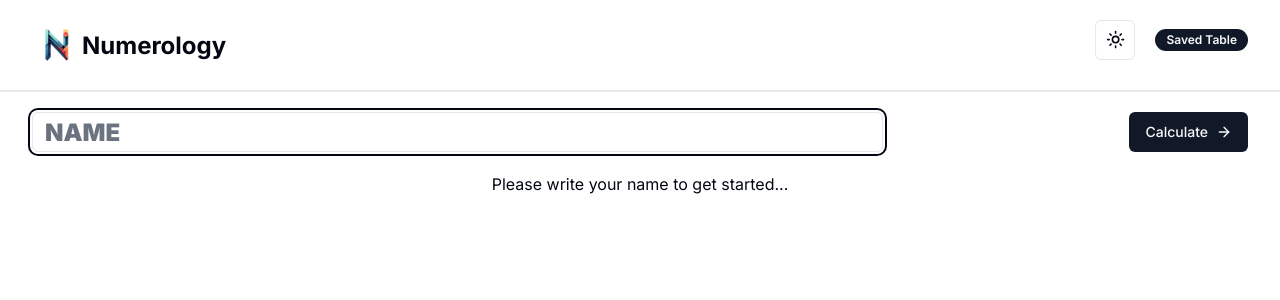
Repository: RaghunadhSahitDruvam/mynumerology
Page: /
The author's editor kept a copy of each file at every save. The page is drawn from the files as they stood at one save, then again after the next save.
The browser window is 1280 px wide. The pictures show the whole page.
The project was rebuilt for these pictures with package versions that can differ from the ones it lists, and the page was loaded fresh each time. The framework's server and built-in components were replaced by stand-ins that run in the browser. Also part of the build but not shown: next.config.js, components/ui/alert-dialog.tsx.

Above is the page before, as saved 2023-12-21 08:07:54.

### app/layout.tsx
import type { Metadata } from "next";
import { Inter } from "next/font/google";
import "./globals.css";
import { ThemeProvider } from "@/components/theme-provider";

const inter = Inter({ subsets: ["latin"] });

export const metadata: Metadata = {
  title: "Numerology",
  description: "Officially designed by ⭐ Raghunadh ⭐",
};

export default function RootLayout({
  children,
}: {
  children: React.ReactNode;
}) {
  return (
    <html lang="en">
      <body className={inter.className}>
        {" "}
        <ThemeProvider
          attribute="class"
          defaultTheme="system"
          enableSystem
          disableTransitionOnChange
        >
          {children}
          {/* <Toaster /> */}
        </ThemeProvider>
      </body>
    </html>
  );
}

### app/page.tsx
// @ts-nocheck
"use client";
import React, { useEffect, useRef, useState } from "react";
import { Input } from "@/components/ui/input";
import { ToastContainer, toast } from "react-toastify";
import "react-toastify/dist/ReactToastify.css";

import { Button } from "@/components/ui/button";
import { ArrowRight } from "lucide-react";
import axios from "axios";
import Header from "@/components/header";
import { useRouter, useSearchParams } from "next/navigation";
import Link from "next/link";
import {
  AlertDialog,
  AlertDialogAction,
  AlertDialogCancel,
  AlertDialogContent,
  AlertDialogDescription,
  AlertDialogFooter,
  AlertDialogHeader,
  AlertDialogTitle,
  AlertDialogTrigger,
} from "@/components/ui/alert-dialog";

interface DataSource {
  name_g2_block?: string;
  name_g3_block?: string;
  g2tot?: number;
  g2vtot?: number;
  g2nettot?: number;
  g3tot?: number;
  g3vtot?: number;
  g3nettot?: number;
  tot_letters?: number;
}

const Page: React.FC = () => {
  let [textName, setTextName] = useState<string>("");
  const [dataSource, setDataSource] = useState<DataSource | null>(null);
  const [loading, setLoading] = useState<boolean>(false);
  const searchParams = useSearchParams();
  let search = searchParams.get("name");
  const router = useRouter();
  const saveHandler = async (dataSource: DataSource) => {
    setLoading(true);
    await axios
      .post("/api/save", {
        chaldean: dataSource.name_g2_block,
        pythogorous: dataSource.name_g3_block,
        tot_letters: dataSource.tot_letters,
        g2tot: dataSource.g2tot,
        g3tot: dataSource.g3tot,
        g2vtot: dataSource.g2vtot,
        g3vtot: dataSource.g3vtot,
        g2nettot: dataSource.g2nettot,
        g3nettot: dataSource.g3nettot,
      })
      .then((res) => {
        setLoading(false);
        toast.success("Name successfully added to Database ⭐!");
      })
      .catch((err) => toast.error(err));
  };

  useEffect(() => {
    // Set initial value only if it's different from the current state
    if (search !== null && search !== textName) {
      setTextName(search);
    }
  }, [search, textName]);

  const inputFocusRef = useRef(null);
  const buttonRef = useRef(null);
  useEffect(() => {
    inputFocusRef.current.focus();
    if (search !== null) {
      if (buttonRef.current) {
        buttonRef.current.click();
      }
    }
  }, []);
  const submitHandler = (e: React.FormEvent<HTMLFormElement>) => {
    e.preventDefault();
    axios
      .get(`https://phinzi.com/convert?name=${textName}`)
      .then((res) => setDataSource(res.data));
  };

  const updateURL = (newTextName: string) => {
    // Update the URL without a page reload
    router.push(
      `?name=${encodeURIComponent(
        newTextName
          .replaceAll(".", "")
          .replaceAll(",", "")
          .replaceAll("-", " ")
          .replaceAll(";", "")
          .replaceAll("(", "")
          .replaceAll(")", "")
          .replaceAll("  ", " ")
      )}`
    );
  };

  return loading ? (
    <div className="flex items-center justify-center h-screen bg-gray-100">
      <div className="animate-spin h-12 w-12 border-t-2 border-b-2 border-gray-900 rounded-full" />
    </div>
  ) : (
    <div className="">
      <Header />

      <div>
        <form
          className="container gap flex justify-between"
          onSubmit={(e) => submitHandler(e)}
        >
          <Input
            type="text"
            placeholder="Name"
            className="w-[70%]"
            value={textName}
            ref={inputFocusRef}
            onChange={(e) => {
              const newValue = e.target.value;
              setTextName(newValue);
              updateURL(newValue); // Update the URL when input changes
            }}
          />

          <Button type="submit" ref={buttonRef}>
            Calculate <ArrowRight className="ml-2 h-4 w-4" />
          </Button>
        </form>
      </div>
      {dataSource ? (
        <>
          <div className="container mt-[30px] flex items-start justify-start">
            <table
              border={2}
              className="border-4dark:border-white border-yellow-600"
            >
              <thead className="border-4 dark:border-white border-yellow-600 p-[20px]">
                <tr className="border-4 dark:border-white border-yellow-600">
                  <th className="border-4 dark:border-white border-yellow-600 bg-green-600 text-white  text-2xl font-[900]">
                    Grp.
                  </th>
                  <th className="border-4 dark:border-white border-yellow-600 bg-green-600 text-white  text-2xl font-[900]">
                    Name
                  </th>
                  <th className="border-4 dark:border-white border-yellow-600 bg-green-600 text-white  text-2xl font-[900]">
                    Total
                  </th>
                  <th className="border-4  dark:border-white border-yellow-600 bg-green-600 text-white  text-2xl font-[900]">
                    V
                  </th>
                  <th className="border-4px-[10px]  dark:border-white border-yellow-600 bg-green-600 text-white  text-2xl font-[900] text-2xl">
                    C
                  </th>
                </tr>
              </thead>
              <tbody className="border-4 dark:border-white border-yellow-600 text-[#960084] font-[900]">
                <tr className="border-4 dark:border-white border-yellow-600">
                  <td className="border-4 dark:border-white border-yellow-600 bg-green-600 text-white  text-2xl ">
                    C
                  </td>
                  <td className=" border-4 dark:border-white border-yellow-600 ">
                    <table
                      className=" table-padding text-2xl"
                      dangerouslySetInnerHTML={{
                        __html:
                          typeof dataSource !== "undefined" &&
                          dataSource?.name_g2_block,
                      }}
                    ></table>
                  </td>

                  <td className="border-4 dark:border-white border-yellow-600 text-2xl bg-green-600 text-white ">
                    {dataSource?.g2tot}
                  </td>
                  <td className="border-4 dark:border-white border-yellow-600 text-2xl bg-green-600 text-white ">
                    {" "}
                    {dataSource?.g2vtot}
                  </td>
                  <td className="border-4 dark:border-white border-yellow-600 text-2xl bg-green-600 text-white ">
                    {" "}
                    {dataSource?.g2nettot}
                  </td>
                </tr>
                <tr className="border-4 dark:border-white border-yellow-600">
                  <td className="border-4 dark:border-white border-yellow-600 bg-green-600 text-white  text-2xl ">
                    P
                  </td>
                  <td className=" border-4 dark:border-white border-yellow-600">
                    <table
                      className=" table-padding text-2xl"
                      dangerouslySetInnerHTML={{
                        __html:
                          typeof dataSource !== "undefined" &&
                          dataSource?.name_g3_block,
                      }}
                    ></table>
                  </td>

                  <td className="border-4 dark:border-white border-yellow-600 text-2xl bg-green-600 text-white ">
                    {dataSource?.g3tot}
                  </td>
                  <td className="border-4 dark:border-white border-yellow-600 text-2xl bg-green-600 text-white ">
                    {" "}
                    {dataSource?.g3vtot}
                  </td>
                  <td className="border-4 dark:border-white border-yellow-600 text-2xl bg-green-600 text-white ">
                    {" "}
                    {dataSource?.g3nettot}
                  </td>
                </tr>
              </tbody>
            </table>
          </div>
          <div className="container flex  items-start mt-[10px] justify-between">
            {" "}
            <span className="text-green-600  text-2xl font-[900]">
              Total Letters - {dataSource?.tot_letters}
            </span>
            <div className="">
              {/* <Button variant={"default"} className="mr-[10px]"> */}
              <AlertDialog>
                <AlertDialogTrigger>
                  <Button variant={"default"} className="mr-[10px]">
                    Save
                  </Button>
                </AlertDialogTrigger>
                <AlertDialogContent>
                  <AlertDialogHeader>
                    <AlertDialogTitle>
                      Are you absolutely sure?
                    </AlertDialogTitle>
                    <AlertDialogDescription>
                      Do you want to save this name -{" "}
                      <b>{textName.toUpperCase()}</b> ?
                    </AlertDialogDescription>
                  </AlertDialogHeader>
                  <AlertDialogFooter>
                    <AlertDialogCancel>Cancel</AlertDialogCancel>
                    <AlertDialogAction onClick={() => saveHandler(dataSource)}>
                      Continue
                    </AlertDialogAction>
                  </AlertDialogFooter>
                </AlertDialogContent>
              </AlertDialog>
              {/* </Button> */}
              <Link href={"/"}>
                <Button
                  variant={"destructive"}
                  onClick={() => {
                    setTextName(null);
                    setDataSource(null);
                  }}
                >
                  Cancel
                </Button>
              </Link>
            </div>
          </div>
        </>
      ) : (
        <>
          <div className="container flex justify-center align-middle">
            <h1>Please write your name to get started...</h1>
          </div>
        </>
      )}
      <ToastContainer
        position="top-right"
        autoClose={5000}
        hideProgressBar={false}
        newestOnTop={false}
        closeOnClick
        rtl={false}
        pauseOnFocusLoss
        draggable
        pauseOnHover
        theme="colored"
      />
    </div>
  );
};

export default Page;

### app/globals.css
@tailwind base;
@tailwind components;
@tailwind utilities;

@layer base {
  :root {
    --background: 0 0% 100%;
    --foreground: 224 71.4% 4.1%;

    --card: 0 0% 100%;
    --card-foreground: 224 71.4% 4.1%;

    --popover: 0 0% 100%;
    --popover-foreground: 224 71.4% 4.1%;

    --primary: 220.9 39.3% 11%;
    --primary-foreground: 210 20% 98%;

    --secondary: 220 14.3% 95.9%;
    --secondary-foreground: 220.9 39.3% 11%;

    --muted: 220 14.3% 95.9%;
    --muted-foreground: 220 8.9% 46.1%;

    --accent: 220 14.3% 95.9%;
    --accent-foreground: 220.9 39.3% 11%;

    --destructive: 0 84.2% 60.2%;
    --destructive-foreground: 210 20% 98%;

    --border: 220 13% 91%;
    --input: 220 13% 91%;
    --ring: 224 71.4% 4.1%;

    --radius: 0.5rem;
  }

  .dark {
    --background: 224 71.4% 4.1%;
    --foreground: 210 20% 98%;

    --card: 224 71.4% 4.1%;
    --card-foreground: 210 20% 98%;

    --popover: 224 71.4% 4.1%;
    --popover-foreground: 210 20% 98%;

    --primary: 210 20% 98%;
    --primary-foreground: 220.9 39.3% 11%;

    --secondary: 215 27.9% 16.9%;
    --secondary-foreground: 210 20% 98%;

    --muted: 215 27.9% 16.9%;
    --muted-foreground: 217.9 10.6% 64.9%;

    --accent: 215 27.9% 16.9%;
    --accent-foreground: 210 20% 98%;

    --destructive: 0 62.8% 30.6%;
    --destructive-foreground: 210 20% 98%;

    --border: 215 27.9% 16.9%;
    --input: 215 27.9% 16.9%;
    --ring: 216 12.2% 83.9%;
  }
}

@layer base {
  * {
    @apply border-border;
  }
  body {
    @apply bg-background text-foreground;
  }
  .container {
    @apply mx-[50px];
  }
  .mainHeading {
    @apply text-2xl font-bold;
  }
  .gap {
    @apply my-[20px];
  }
  .table-padding tbody > tr > td {
    @apply px-[15px];
  }
}

### components/ui/input.tsx
import * as React from "react";

import { cn } from "@/lib/utils";

export interface InputProps
  extends React.InputHTMLAttributes<HTMLInputElement> {}

const Input = React.forwardRef<HTMLInputElement, InputProps>(
  ({ className, type, ...props }, ref) => {
    return (
      <input
        type={type}
        className={cn(
          "flex h-10 w-full rounded-md border border-pink-600 border-input uppercase text-2xl bg-background text-blue-600 font-[1000] px-3 py-2  ring-offset-background file:border-0 file:bg-transparent file:text-sm file:font-medium placeholder:text-muted-foreground focus-visible:outline-none focus-visible:ring-2 focus-visible:ring-ring focus-visible:ring-offset-2 foc disabled:cursor-not-allowed disabled:opacity-50",
          className
        )}
        ref={ref}
        {...props}
      />
    );
  }
);
Input.displayName = "Input";

export { Input };

### components/ui/button.tsx
import * as React from "react"
import { Slot } from "@radix-ui/react-slot"
import { cva, type VariantProps } from "class-variance-authority"

import { cn } from "@/lib/utils"

const buttonVariants = cva(
  "inline-flex items-center justify-center rounded-md text-sm font-medium ring-offset-background transition-colors focus-visible:outline-none focus-visible:ring-2 focus-visible:ring-ring focus-visible:ring-offset-2 disabled:pointer-events-none disabled:opacity-50",
  {
    variants: {
      variant: {
        default: "bg-primary text-primary-foreground hover:bg-primary/90",
        destructive:
          "bg-destructive text-destructive-foreground hover:bg-destructive/90",
        outline:
          "border border-input bg-background hover:bg-accent hover:text-accent-foreground",
        secondary:
          "bg-secondary text-secondary-foreground hover:bg-secondary/80",
        ghost: "hover:bg-accent hover:text-accent-foreground",
        link: "text-primary underline-offset-4 hover:underline",
      },
      size: {
        default: "h-10 px-4 py-2",
        sm: "h-9 rounded-md px-3",
        lg: "h-11 rounded-md px-8",
        icon: "h-10 w-10",
      },
    },
    defaultVariants: {
      variant: "default",
      size: "default",
    },
  }
)

export interface ButtonProps
  extends React.ButtonHTMLAttributes<HTMLButtonElement>,
    VariantProps<typeof buttonVariants> {
  asChild?: boolean
}

const Button = React.forwardRef<HTMLButtonElement, ButtonProps>(
  ({ className, variant, size, asChild = false, ...props }, ref) => {
    const Comp = asChild ? Slot : "button"
    return (
      <Comp
        className={cn(buttonVariants({ variant, size, className }))}
        ref={ref}
        {...props}
      />
    )
  }
)
Button.displayName = "Button"

export { Button, buttonVariants }

### components/header.tsx
import React from "react";
import { ModeToggle } from "./mode";
import Link from "next/link";
import Image from "next/image";
import BadgeComponent from "./BadgeComponent";

const Header = () => {
  return (
    <div className={``}>
      <div className="flex my-[20px] mainHeading justify-between  container ">
        <Link href={"/"} className="flex align-middle text-center ">
          <Image src={"/images/logo.png"} alt="logo" height={50} width={50} />
          <span className="mt-[10px]">Numerology</span>
        </Link>
        <div className="flex gap-[20px]">
          <ModeToggle />
          <BadgeComponent />
        </div>
      </div>
      <div className="border-b-2"></div>
    </div>
  );
};

export default Header;

### components/mode.tsx
"use client";

import * as React from "react";
import { Moon, Sun } from "lucide-react";
import { useTheme } from "next-themes";

import { Button } from "@/components/ui/button";
import {
  DropdownMenu,
  DropdownMenuContent,
  DropdownMenuItem,
  DropdownMenuTrigger,
} from "@/components/ui/dropdown-menu";

export function ModeToggle() {
  const { setTheme } = useTheme();

  return (
    <DropdownMenu>
      <DropdownMenuTrigger asChild>
        <Button variant="outline" size="icon" className="align-middle">
          <Sun className="h-[1.2rem]  w-[1.2rem] rotate-0 scale-100 transition-all dark:-rotate-90 dark:scale-0" />
          <Moon className="absolute  h-[1.2rem] w-[1.2rem] rotate-90 scale-0 transition-all dark:rotate-0 dark:scale-100" />
          <span className="sr-only">Toggle theme</span>
        </Button>
      </DropdownMenuTrigger>
      <DropdownMenuContent align="end">
        <DropdownMenuItem onClick={() => setTheme("light")}>
          Light
        </DropdownMenuItem>
        <DropdownMenuItem onClick={() => setTheme("dark")}>
          Dark
        </DropdownMenuItem>
        <DropdownMenuItem onClick={() => setTheme("system")}>
          System
        </DropdownMenuItem>
      </DropdownMenuContent>
    </DropdownMenu>
  );
}

### components/BadgeComponent.tsx
import React from "react";
import { Badge } from "@/components/ui/badge";
import { useRouter } from "next/navigation";
const BadgeComponent = () => {
  const router = useRouter();
  return (
    <div>
      <Badge variant="default" onClick={() => router.push("/data")}>
        Saved Table
      </Badge>
    </div>
  );
};

export default BadgeComponent;

### components/ui/dropdown-menu.tsx
import * as React from "react"
import * as DropdownMenuPrimitive from "@radix-ui/react-dropdown-menu"
import { Check, ChevronRight, Circle } from "lucide-react"

import { cn } from "@/lib/utils"

const DropdownMenu = DropdownMenuPrimitive.Root

const DropdownMenuTrigger = DropdownMenuPrimitive.Trigger

const DropdownMenuGroup = DropdownMenuPrimitive.Group

const DropdownMenuPortal = DropdownMenuPrimitive.Portal

const DropdownMenuSub = DropdownMenuPrimitive.Sub

const DropdownMenuRadioGroup = DropdownMenuPrimitive.RadioGroup

const DropdownMenuSubTrigger = React.forwardRef<
  React.ElementRef<typeof DropdownMenuPrimitive.SubTrigger>,
  React.ComponentPropsWithoutRef<typeof DropdownMenuPrimitive.SubTrigger> & {
    inset?: boolean
  }
>(({ className, inset, children, ...props }, ref) => (
  <DropdownMenuPrimitive.SubTrigger
    ref={ref}
    className={cn(
      "flex cursor-default select-none items-center rounded-sm px-2 py-1.5 text-sm outline-none focus:bg-accent data-[state=open]:bg-accent",
      inset && "pl-8",
      className
    )}
    {...props}
  >
    {children}
    <ChevronRight className="ml-auto h-4 w-4" />
  </DropdownMenuPrimitive.SubTrigger>
))
DropdownMenuSubTrigger.displayName =
  DropdownMenuPrimitive.SubTrigger.displayName

const DropdownMenuSubContent = React.forwardRef<
  React.ElementRef<typeof DropdownMenuPrimitive.SubContent>,
  React.ComponentPropsWithoutRef<typeof DropdownMenuPrimitive.SubContent>
>(({ className, ...props }, ref) => (
  <DropdownMenuPrimitive.SubContent
    ref={ref}
    className={cn(
      "z-50 min-w-[8rem] overflow-hidden rounded-md border bg-popover p-1 text-popover-foreground shadow-lg data-[state=open]:animate-in data-[state=closed]:animate-out data-[state=closed]:fade-out-0 data-[state=open]:fade-in-0 data-[state=closed]:zoom-out-95 data-[state=open]:zoom-in-95 data-[side=bottom]:slide-in-from-top-2 data-[side=left]:slide-in-from-right-2 data-[side=right]:slide-in-from-left-2 data-[side=top]:slide-in-from-bottom-2",
      className
    )}
    {...props}
  />
))
DropdownMenuSubContent.displayName =
  DropdownMenuPrimitive.SubContent.displayName

const DropdownMenuContent = React.forwardRef<
  React.ElementRef<typeof DropdownMenuPrimitive.Content>,
  React.ComponentPropsWithoutRef<typeof DropdownMenuPrimitive.Content>
>(({ className, sideOffset = 4, ...props }, ref) => (
  <DropdownMenuPrimitive.Portal>
    <DropdownMenuPrimitive.Content
      ref={ref}
      sideOffset={sideOffset}
      className={cn(
        "z-50 min-w-[8rem] overflow-hidden rounded-md border bg-popover p-1 text-popover-foreground shadow-md data-[state=open]:animate-in data-[state=closed]:animate-out data-[state=closed]:fade-out-0 data-[state=open]:fade-in-0 data-[state=closed]:zoom-out-95 data-[state=open]:zoom-in-95 data-[side=bottom]:slide-in-from-top-2 data-[side=left]:slide-in-from-right-2 data-[side=right]:slide-in-from-left-2 data-[side=top]:slide-in-from-bottom-2",
        className
      )}
      {...props}
    />
  </DropdownMenuPrimitive.Portal>
))
DropdownMenuContent.displayName = DropdownMenuPrimitive.Content.displayName

const DropdownMenuItem = React.forwardRef<
  React.ElementRef<typeof DropdownMenuPrimitive.Item>,
  React.ComponentPropsWithoutRef<typeof DropdownMenuPrimitive.Item> & {
    inset?: boolean
  }
>(({ className, inset, ...props }, ref) => (
  <DropdownMenuPrimitive.Item
    ref={ref}
    className={cn(
      "relative flex cursor-default select-none items-center rounded-sm px-2 py-1.5 text-sm outline-none transition-colors focus:bg-accent focus:text-accent-foreground data-[disabled]:pointer-events-none data-[disabled]:opacity-50",
      inset && "pl-8",
      className
    )}
    {...props}
  />
))
DropdownMenuItem.displayName = DropdownMenuPrimitive.Item.displayName

const DropdownMenuCheckboxItem = React.forwardRef<
  React.ElementRef<typeof DropdownMenuPrimitive.CheckboxItem>,
  React.ComponentPropsWithoutRef<typeof DropdownMenuPrimitive.CheckboxItem>
>(({ className, children, checked, ...props }, ref) => (
  <DropdownMenuPrimitive.CheckboxItem
    ref={ref}
    className={cn(
      "relative flex cursor-default select-none items-center rounded-sm py-1.5 pl-8 pr-2 text-sm outline-none transition-colors focus:bg-accent focus:text-accent-foreground data-[disabled]:pointer-events-none data-[disabled]:opacity-50",
      className
    )}
    checked={checked}
    {...props}
  >
    <span className="absolute left-2 flex h-3.5 w-3.5 items-center justify-center">
      <DropdownMenuPrimitive.ItemIndicator>
        <Check className="h-4 w-4" />
      </DropdownMenuPrimitive.ItemIndicator>
    </span>
    {children}
  </DropdownMenuPrimitive.CheckboxItem>
))
DropdownMenuCheckboxItem.displayName =
  DropdownMenuPrimitive.CheckboxItem.displayName

const DropdownMenuRadioItem = React.forwardRef<
  React.ElementRef<typeof DropdownMenuPrimitive.RadioItem>,
  React.ComponentPropsWithoutRef<typeof DropdownMenuPrimitive.RadioItem>
>(({ className, children, ...props }, ref) => (
  <DropdownMenuPrimitive.RadioItem
    ref={ref}
    className={cn(
      "relative flex cursor-default select-none items-center rounded-sm py-1.5 pl-8 pr-2 text-sm outline-none transition-colors focus:bg-accent focus:text-accent-foreground data-[disabled]:pointer-events-none data-[disabled]:opacity-50",
      className
    )}
    {...props}
  >
    <span className="absolute left-2 flex h-3.5 w-3.5 items-center justify-center">
      <DropdownMenuPrimitive.ItemIndicator>
        <Circle className="h-2 w-2 fill-current" />
      </DropdownMenuPrimitive.ItemIndicator>
    </span>
    {children}
  </DropdownMenuPrimitive.RadioItem>
))
DropdownMenuRadioItem.displayName = DropdownMenuPrimitive.RadioItem.displayName

const DropdownMenuLabel = React.forwardRef<
  React.ElementRef<typeof DropdownMenuPrimitive.Label>,
  React.ComponentPropsWithoutRef<typeof DropdownMenuPrimitive.Label> & {
    inset?: boolean
  }
>(({ className, inset, ...props }, ref) => (
  <DropdownMenuPrimitive.Label
    ref={ref}
    className={cn(
      "px-2 py-1.5 text-sm font-semibold",
      inset && "pl-8",
      className
    )}
    {...props}
  />
))
DropdownMenuLabel.displayName = DropdownMenuPrimitive.Label.displayName

const DropdownMenuSeparator = React.forwardRef<
  React.ElementRef<typeof DropdownMenuPrimitive.Separator>,
  React.ComponentPropsWithoutRef<typeof DropdownMenuPrimitive.Separator>
>(({ className, ...props }, ref) => (
  <DropdownMenuPrimitive.Separator
    ref={ref}
    className={cn("-mx-1 my-1 h-px bg-muted", className)}
    {...props}
  />
))
DropdownMenuSeparator.displayName = DropdownMenuPrimitive.Separator.displayName

const DropdownMenuShortcut = ({
  className,
  ...props
}: React.HTMLAttributes<HTMLSpanElement>) => {
  return (
    <span
      className={cn("ml-auto text-xs tracking-widest opacity-60", className)}
      {...props}
    />
  )
}
DropdownMenuShortcut.displayName = "DropdownMenuShortcut"

export {
  DropdownMenu,
  DropdownMenuTrigger,
  DropdownMenuContent,
  DropdownMenuItem,
  DropdownMenuCheckboxItem,
  DropdownMenuRadioItem,
  DropdownMenuLabel,
  DropdownMenuSeparator,
  DropdownMenuShortcut,
  DropdownMenuGroup,
  DropdownMenuPortal,
  DropdownMenuSub,
  DropdownMenuSubContent,
  DropdownMenuSubTrigger,
  DropdownMenuRadioGroup,
}

### components/ui/badge.tsx
import * as React from "react"
import { cva, type VariantProps } from "class-variance-authority"

import { cn } from "@/lib/utils"

const badgeVariants = cva(
  "inline-flex items-center rounded-full border px-2.5 py-0.5 text-xs font-semibold transition-colors focus:outline-none focus:ring-2 focus:ring-ring focus:ring-offset-2",
  {
    variants: {
      variant: {
        default:
          "border-transparent bg-primary text-primary-foreground hover:bg-primary/80",
        secondary:
          "border-transparent bg-secondary text-secondary-foreground hover:bg-secondary/80",
        destructive:
          "border-transparent bg-destructive text-destructive-foreground hover:bg-destructive/80",
        outline: "text-foreground",
      },
    },
    defaultVariants: {
      variant: "default",
    },
  }
)

export interface BadgeProps
  extends React.HTMLAttributes<HTMLDivElement>,
    VariantProps<typeof badgeVariants> {}

function Badge({ className, variant, ...props }: BadgeProps) {
  return (
    <div className={cn(badgeVariants({ variant }), className)} {...props} />
  )
}

export { Badge, badgeVariants }

Loaded but not shown: components/theme-provider.tsx (common file); lib/utils.ts (common file); tailwind.config.js (common file)

After the next save:
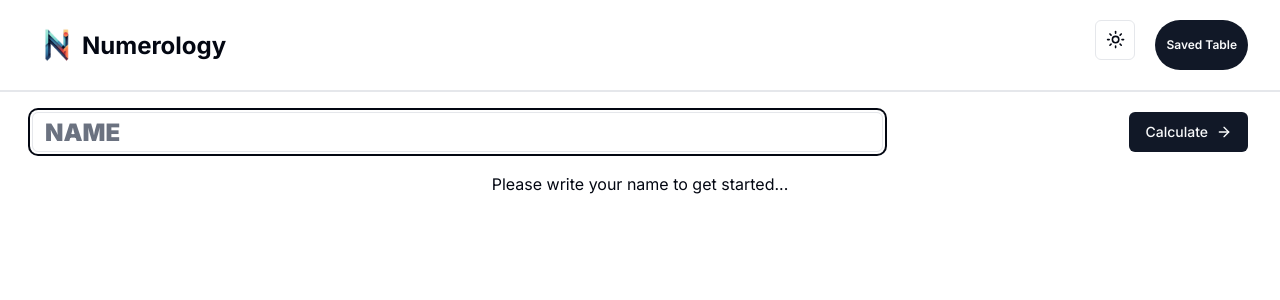
Saved 41 s later.
--- a/components/header.tsx
+++ b/components/header.tsx
@@ -3,6 +3,7 @@ import { ModeToggle } from "./mode";
 import Link from "next/link";
 import Image from "next/image";
 import BadgeComponent from "./BadgeComponent";
+import { Badge } from "./ui/badge";
 
 const Header = () => {
   return (
@@ -14,7 +15,7 @@ const Header = () => {
         </Link>
         <div className="flex gap-[20px]">
           <ModeToggle />
-          <BadgeComponent />
+          <Badge variant="default">Saved Table</Badge>
         </div>
       </div>
       <div className="border-b-2"></div>
